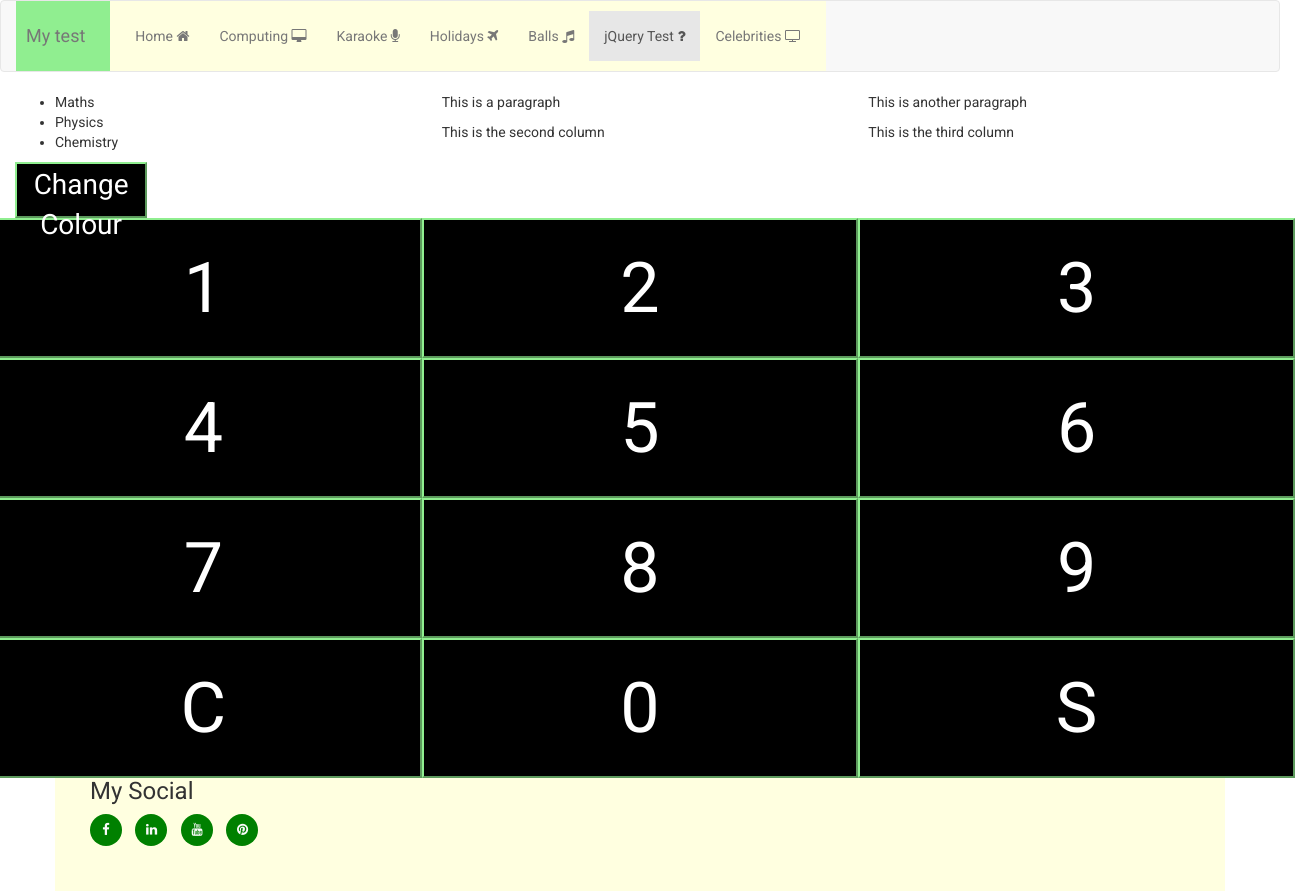
Repository: derektypist/bootstrap
Page: jquerydemo.html
The author's editor kept a record of every edit. The page is drawn from the files as they stood at one moment, then again after the next edit.
The browser window is 1280 px wide. The page is 1295 px wide, so the pictures cover 1295 px, including what lies to the right of the window. The pictures show the whole page.
Some web libraries are served in a nearby version.

Above is the page before.

### jquerydemo.html
<!DOCTYPE html>
<html>
<head>
<meta name="viewport" content="width=device-width, initial-scale=1.0">
<title>Derek's Bootstrap Experience - Jquery Test</title>

<!-- Load Style Sheets -->

<link rel="stylesheet" href="https://maxcdn.bootstrapcdn.com/bootstrap/3.3.7/css/bootstrap.min.css">
<link rel="stylesheet" href="https://maxcdn.bootstrapcdn.com/font-awesome/4.7.0/css/font-awesome.min.css" type="text/css" />
<link rel="stylesheet" href="style.css" type="text/css">

<!-- Load Scripts -->
<script src="https://code.jquery.com/jquery-3.2.1.min.js" integrity="sha256-hwg4gsxgFZhOsEEamdOYGBf13FyQuiTwlAQgxVSNgt4=" crossorigin="anonymous"></script>
<script src="https://maxcdn.bootstrapcdn.com/bootstrap/3.3.7/js/bootstrap.min.js" integrity="sha384-Tc5IQib027qvyjSMfHjOMaLkfuWVxZxUPnCJA7l2mCWNIpG9mGCD8wGNIcPD7Txa" crossorigin="anonymous"></script>
<script>
    $(document).ready(function(){
        $("#subjects").click(function(){
            $(".myhighlight").css("color", "orange");
        });
        $("p").mouseenter(function(){
            $(this).css("color", "green")
        });
        $("p").mouseleave(function(){
            $(this).css("color", "purple")
        });
    });
</script>
</head>
<body>
<nav class="navbar navbar-default">
        <div class="container-fluid">
            <!-- Logo -->
            <div class="navbar-header">
                <a href="index.html" class="navbar-brand">My test</a>
            </div>

            <!-- navbar with icons -->
            <ul class="nav navbar-nav">
                <li><a href="index.html">Home <i class="fa fa-home" aria-hidden="true"></i></a></li>
                <li><a href="computing.html">Computing <i class="fa fa-desktop" aria-hidden="true"></i></a></li>
                <li><a href="karaoke.html">Karaoke <i class="fa fa-microphone" aria-hidden="true"></i></a></li>
                <li><a href="holidays.html">Holidays <i class="fa fa-plane" aria-hidden="true"></i></a></li>
                <li><a href="balls.html">Balls <i class="fa fa-music" aria-hidden="true"></i></a></li>
                <li class="active"><a href="jquerydemo.html">jQuery Test <i class="fa fa-question" aria-hidden="true"></i></a></li>
                <li><a href="celebrities.html">Celebrities <i class="fa fa-television" aria-hidden="true"></i></a></li>
            </ul>
        </div>
    </nav>

    <!-- Section for Setting Up List Items and Paragraphs -->
    <section class="container-fluid">
        <article class="row">
            <article class="col-sm-4">
                <ul>
                <li class="myhighlight">Maths</li>
                <li>Physics</li>
                <li>Chemistry</li>
            </ul>
            <button id="subjects">Change Colour</button>
            </article>
            <article class="col-sm-4">
                <p>This is a paragraph</p>
                <p>This is the second column</p>
            </article>
            <article class="col-sm-4">
                <p>This is another paragraph</p>
                <p>This is the third column</p>
            </article>

        </article>

        <!-- Set Up Blank Row -->
        <article class="row"></article>
       </section>

        <!-- Section for Setting Up Keypad -->
        <section class="container-fluid" id="keypad"></section>

                <!-- Set Up Display -->
                <article id="display"></div>

                <!-- Set Up First Row for Keypad -->
                <article class="row">
                    <button id="one">1</button>
                    <button id="two">2</button>
                    <button id="three">3</button>
                </article>

                <!-- Set Up Second Row for Keypad -->
                <article class="row">
                    <button id="four">4</button>
                    <button id="five">5</button>
                    <button id="six">6</button>
                </article>

                <!-- Set Up Third Row for Keypad -->
                <article class="row">
                    <button id="seven">7</button>
                    <button id="eight">8</button>
                    <button id="nine">9</button>
                </article>

                <!-- Set Up Fourth Row for Keypad -->
                <article class="row">
                    <button id="clear">C</button>
                    <button id="zero">0</button>
                    <button id="settings">S</button>
                </article>
            </article>





    </section>

     <!-- Footer -->
       <footer class="container">
           <div class="row" id="footer-details">
               <h3>My Social</h3>
               <ul class="list-inline social-links">

                    <li><a target="_blank" href="https://www.facebook.com/derek.dhammaloka/" title="Facebook"><i class="fa fa-facebook"></i></a></li>
                    <li><a target="_blank" href="https://www.linkedin.com/in/derekdhammaloka" title="LinkedIn"><i class="fa fa-linkedin"></i></a></li>
                    <li><a target="_blank" href="https://www.youtube.com/user/derekthesec" title="YouTube"><i class="fa fa-youtube"></i></a></li>
                    <li><a target="_blank" href="https://www.pinterest.co.uk/derekthesec" title="Pinterest"><i class="fa fa-pinterest"></i></a></li>
               </ul>
           </div>
       </footer>

</body>
</html>

### style.css
/* Import Font */

@import url('https://fonts.googleapis.com/css?family=Roboto');

/* Body */

body {

    font-family: "Roboto", Arial, Verdana, sans-serif;
    height: 100%;
}

/* Liked Comments */

.liked {
    background-color: lightblue;
    padding: 10px;
}

/* Jumbotron */

.jumbotron {
    background-color: pink;
}

/* List Items */

.list-items {
    color: green;
}

.list-items a {
    text-decoration: none;
    color: orange;
}

.list-items a:hover {
    text-decoration: none;
    color: purple;
}

/* Margin Styles */
.mgn-col {
    margin-left: 10px;
}

/* Navbar Styles */
.navbar-header {
    background-color: lightgreen;
    padding: 10px;
}

.navbar-nav {
    background-color: lightyellow;
    padding: 10px;
}

/* Table Styles */
th {
    background-color: lightblue;
}


/* Download PDF Styles */
.download-pdf {
    color: green;
    text-align: center;
    font-size: 18px;
    padding-left: 5px;
}

.download-pdf i:hover {
    color: orange;
    transition: all 0.35s ease-in-out;
    -moz-transition: all 0.35s ease-in-out;
    -webkit-transition: all 0.35s ease-in-out;
    -o-transition: all 0.35s ease-in-out;
}

/* Footer */
footer {
    background-color: lightyellow;
    min-height: 50px;
    margin: 0;
}

.social-links {
    padding-bottom: 15px;
}

.social-links li a i {
    width: 32px;
    height: 32px;
    padding: 12px 0px;
    border-radius: 50%;
    font-size: 13px;
    line-height: 7px;
    text-align: center;
    color: #fafafa;
    background: green;
    transition: all 0.35s ease-in-out;
    -moz-transition: all 0.35s ease-in-out;
    -webkit-transition: all 0.35s ease-in-out;
    -o-transition: all 0.35s ease-in-out;

}

.social-links li a i:hover {
    background: purple;

}

#footer-details {
    margin: 20px;
}

/* jQueryDemo - Subjects */
.row button #subjects
{
    background-color: black;
}



/* jQueryDemo - Keypad */

#keypad {
    width: 50%;
    margin: auto;
}

#display {
    height: 75px;
    font-size: 2.5em;
    background-color: seagreen;
    color: white;
    text-align: center;
}

.row button {
    background-color: black;
    color: white;
    font-size: 2em;
    height: 2em;
    float: left;
    border-color: lightgreen;
    margin-left: 0px;
    margin-right: 0px;
}

button {
    width: 33.333%;
}

After the next edit:
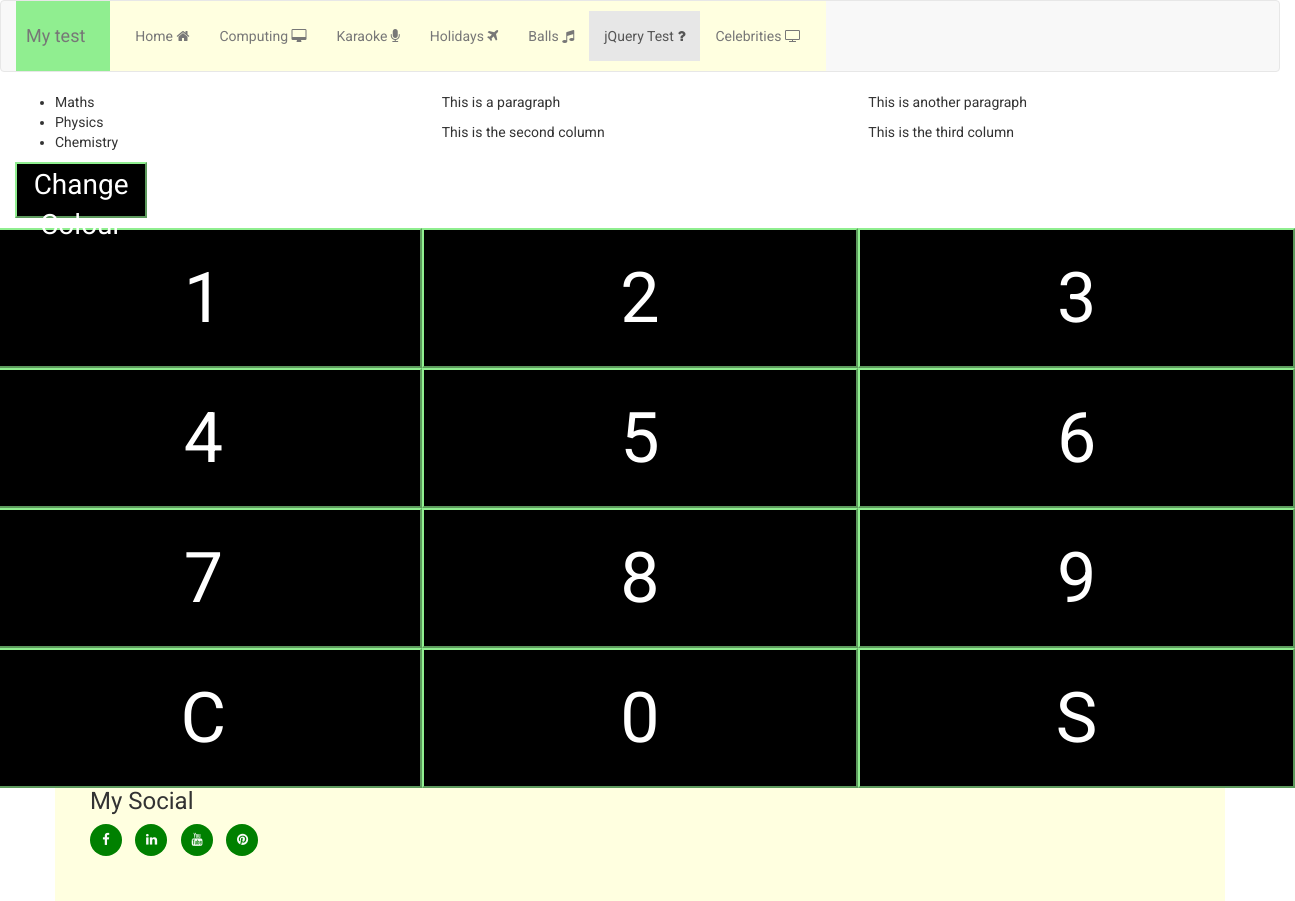
The edit:
--- a/jquerydemo.html
+++ b/jquerydemo.html
@@ -72,6 +72,9 @@
 
         <!-- Set Up Blank Row -->
         <article class="row"></article>
+
+        <!-- Set Up Blank Paragraph -->
+        <p></p>
        </section>
 
         <!-- Section for Setting Up Keypad -->
